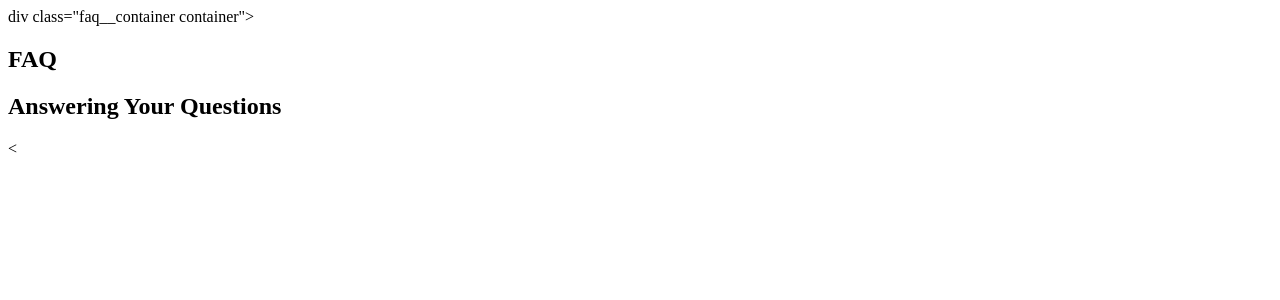
Repository: sanyathecreator/udrive-carsharing
Page: index.faq.partial.html
An editor plug-in stored every save of this project. The page is shown before and after a run of saves, followed by the edit.
The browser window is 1280 px wide. The pictures show the whole page.

Above is the page before, as saved 2025-09-11 01:25:18.

After the next 2 saves:
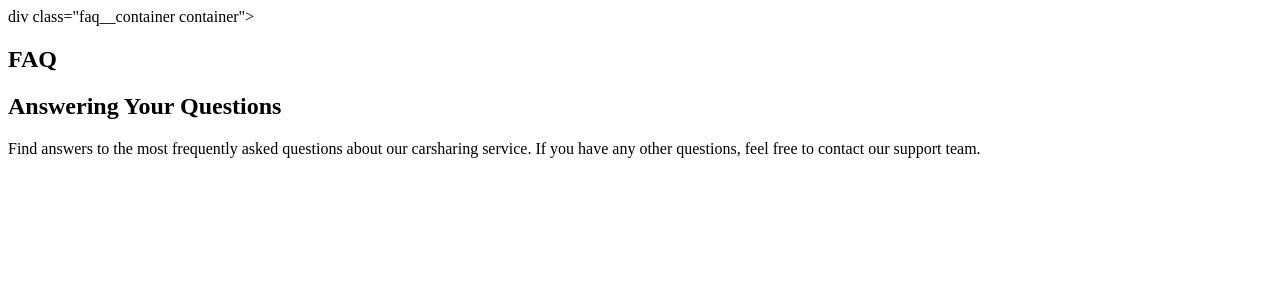
The 2 saves are shown as one change because they came seconds apart.
The last was saved 7 s later.
--- a/index.faq.partial.html
+++ b/index.faq.partial.html
@@ -2,5 +2,5 @@
   div class="faq__container container">
   <h1 class ="faq __title">FAQ</h1>
   <h2 class ="faq __subtitle">Answering Your Questions</h2>
-  <
+  <p class ="faq __text">Find answers to the most frequently asked questions about our carsharing service. If you have any other questions, feel free to contact our support team.</p>
 </section>
